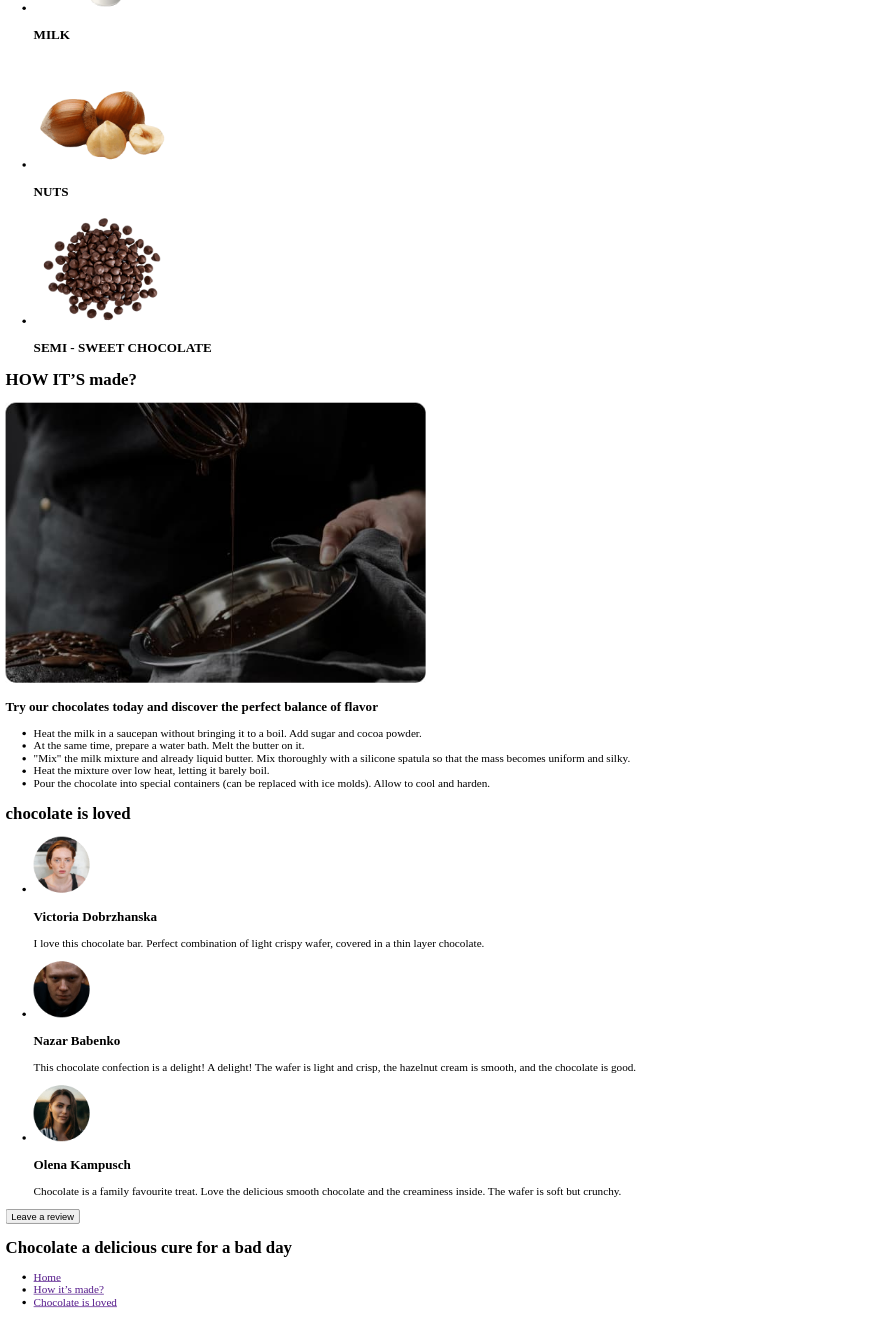
Repository: Sofiia-Khomyk/goit-markup-class-01
Page: index.html
The author's editor kept a copy of each file at every save. The page is drawn from the files as they stood at one save, then again after the next save.
The browser window is 1280 px wide. The pictures show the part of the page from y = 1065 to 2985 px (the page is 2951 px tall before and 2985 px after), at 70% of full size.

Above is the page before, as saved 2024-11-11 16:27:45.

### index.html
<!DOCTYPE html>
<html lang="en">
  <head>
    <meta charset="UTF-8" />
    <meta name="viewport" content="width=device-width, initial-scale=1.0" />
    <title>Chocolate</title>
  </head>
  <body>
    <!-- Page Header -->
    <header>
      <nav>
        <a href=""
          >SIMPLY CHOCOLATE
          <img src="./images/chocolate-logo.svg" alt="site logo" />
        </a>
        <ul>
          <li>
            <a href="">Home</a>
          </li>
          <li>
            <a href="">How it’s made?</a>
          </li>
          <li>
            <a href="#reviews">Chocolate is loved</a>
          </li>
        </ul>
      </nav>
      <ul>
        <li>
          <a href="" target="_blank" rel="noopener noreferrer">Instagram</a>
        </li>
        <li>
          <a href="" target="_blank" rel="noopener noreferrer">Twitter</a>
        </li>
      </ul>
    </header>

    <main>
      <!-- Hero Section -->
      <section>
        <h1>
          Treat yourself or a loved one to our finest ingredients for a moment
          of pure delight!
        </h1>
        <button type="button">Buy now</button>
        <a href="">How it’s made</a>
        <a href="#benefits">scroll down</a>
      </section>
      <!-- Our Benefits -->
      <section id="benefits">
        <h2>Our Benefits</h2>
        <ul>
          <li>
            <h3>Unsurpassed taste</h3>
            <p>
              Crafted with the finest quality cocoa beans and a dedication to
              perfection, each bite is a decadent experience that simply cannot
              be matched. Savor the richness and complexity of our Unsurpassed
              Taste and discover a new level of chocolate bliss.
            </p>
          </li>
          <li>
            <h3>Affordable price</h3>
            <p>
              Indulge in high-quality chocolate without breaking the bank with
              Simply Chocolate's selection of affordable treats. Enjoy
              mouth-watering truffles and velvety chocolate bars without
              sacrificing taste or quality. Browse our selection and indulge in
              affordable luxury today.
            </p>
          </li>
          <li>
            <h3>Own production</h3>
            <p>
              We take pride in our own production process, ensuring that every
              step is carefully crafted to perfection. From selecting the finest
              ingredients to handcrafting each piece, our attention to detail is
              evident in every bite.
            </p>
          </li>
        </ul>
      </section>
      <!-- Ingredients Section -->
      <section>
        <h2>IT ALL ADDS UP TO ONE EXCEPTIONAL TASTE SENSATION</h2>
        <p>
          At Simply Chocolate, we believe that the secret to exceptional
          chocolate is in the details. From the sourcing of the finest
          ingredients to the careful crafting of each individual piece, every
          step of our process adds up to one exceptional taste sensation.
        </p>
        <ul>
          <li>
            <img
              src="./images/ingredients/milk-chocolate.png"
              alt="Milk chocolate"
              width="206"
              height="160"
            />
            <h3>MILK CHOCOLATE</h3>
          </li>
          <li>
            <img
              src="./images/ingredients/milk.png"
              alt="Milk"
              width="206"
              height="160"
            />
            <h3>MILK</h3>
          </li>
          <li>
            <img
              src="./images/ingredients/nuts.png"
              alt="Nuts"
              width="206"
              height="160"
            />
            <h3>NUTS</h3>
          </li>
          <li>
            <img
              src="./images/ingredients/coffee.png"
              alt="Semi Sweet Chocolate"
              width="206"
              height="160"
            />
            <h3>SEMI - SWEET CHOCOLATE</h3>
          </li>
        </ul>
      </section>
      <!-- How its made -->
      <section>
        <h2>HOW IT’S made?</h2>
        <img
          src="./images/made-chocolate/made-chocolate.jpg"
          alt="How it’s made"
          width="600"
          height="400"
        />
        <h3>
          Try our chocolates today and discover the perfect balance of flavor
        </h3>
        <ul>
          <li>
            Heat the milk in a saucepan without bringing it to a boil. Add sugar
            and cocoa powder.
          </li>
          <li>
            At the same time, prepare a water bath. Melt the butter on it.
          </li>
          <li>
            "Mix" the milk mixture and already liquid butter. Mix thoroughly
            with a silicone spatula so that the mass becomes uniform and silky.
          </li>
          <li>Heat the mixture over low heat, letting it barely boil.</li>
          <li>
            Pour the chocolate into special containers (can be replaced with ice
            molds). Allow to cool and harden.
          </li>
        </ul>
      </section>
      <!-- Reviews Section -->
      <section id="reviews">
        <h2>chocolate is loved</h2>
        <ul>
          <li>
            <img
              src="./images/reviews/vic-dob.png"
              alt="Victoria Dobrorzanska avatar"
              width="80"
              height="80"
            />
            <h3>Victoria Dobrzhanska</h3>
            <p>
              I love this chocolate bar. Perfect combination of light crispy
              wafer, covered in a thin layer chocolate.
            </p>
          </li>
          <li>
            <img
              src="./images/reviews/naz-bab.png"
              alt="Nazar Babenko avatar"
              width="80"
              height="80"
            />
            <h3>Nazar Babenko</h3>
            <p>
              This chocolate confection is a delight! A delight! The wafer is
              light and crisp, the hazelnut cream is smooth, and the chocolate
              is good.
            </p>
          </li>
          <li>
            <img
              src="./images/reviews/olen-kam.png"
              alt="Olena Kampusch avatar"
              width="80"
              height="80"
            />
            <h3>Olena Kampusch</h3>
            <p>
              Chocolate is a family favourite treat. Love the delicious smooth
              chocolate and the creaminess inside. The wafer is soft but
              crunchy.
            </p>
          </li>
        </ul>
        <button type="button">Leave a review</button>
      </section>
    </main>
    <!-- Page Footer -->
    <footer>
      <h2>Chocolate a delicious cure for a bad day</h2>
      <address>
        <p></p>
      </address>
      <ul>
        <li><a href="">Home</a></li>
        <li><a href="">How it’s made?</a></li>
        <li><a href="">Chocolate is loved</a></li>
      </ul>
    </footer>
  </body>
</html>

After the next save:
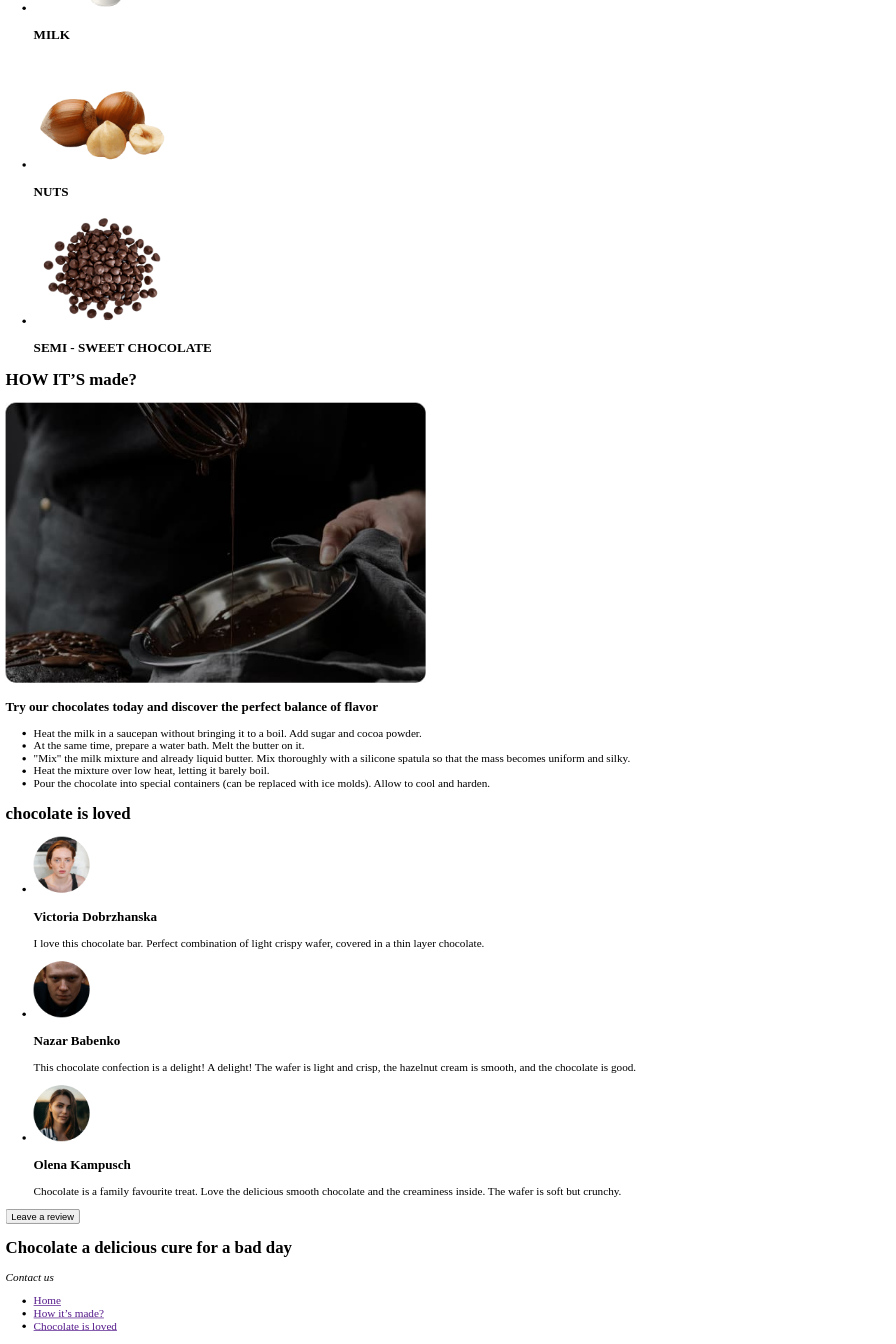
Saved 31 s later.
--- a/index.html
+++ b/index.html
@@ -212,7 +212,9 @@
     <footer>
       <h2>Chocolate a delicious cure for a bad day</h2>
       <address>
-        <p></p>
+        <p>Contact us</p>
+        <a href=""></a>
+        <a href=""></a>
       </address>
       <ul>
         <li><a href="">Home</a></li>
